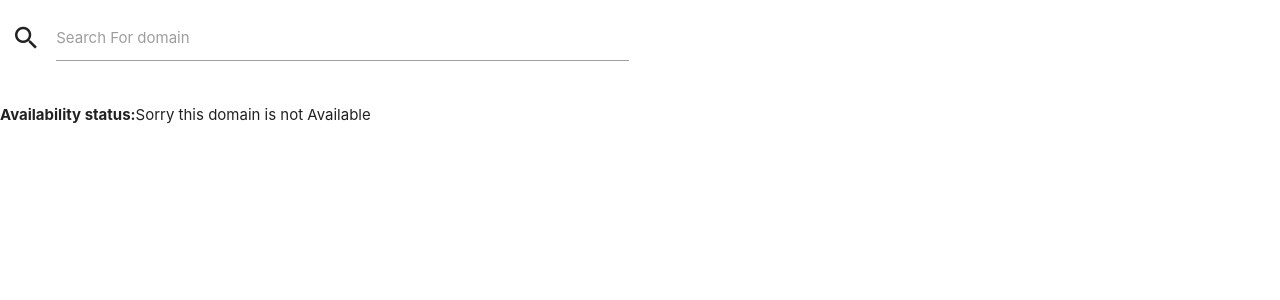
Repository: habib-urrehmaan/domain-name-searcher
Page: / (app in client/)
The author's editor kept a copy of each file at every save. The page is drawn from the files as they stood at one save, then again after the next save.
The browser window is 1280 px wide. The pictures show the whole page.
The project was rebuilt for these pictures with package versions that can differ from the ones it lists, and the page was loaded fresh each time.

Above is the page before, as saved 2020-04-17 16:55:06.

After the next save:
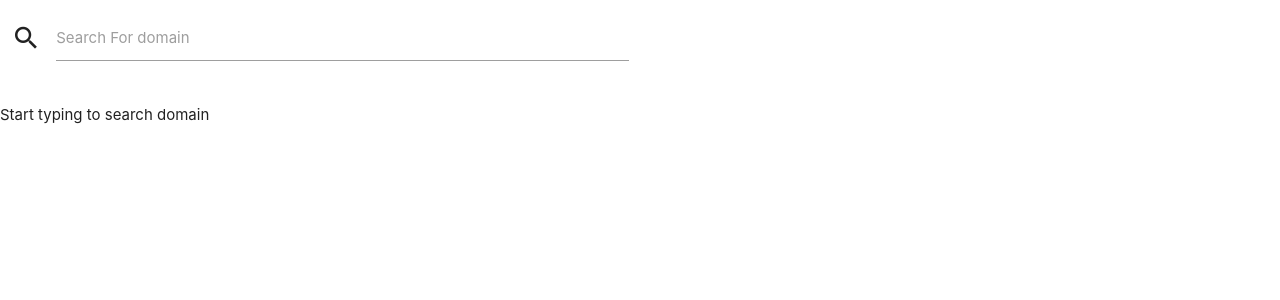
Saved 25 s later.
--- a/client/src/App.js
+++ b/client/src/App.js
@@ -5,7 +5,7 @@ import Output from './Output';
 class App extends React.Component {
 
   state = {
-    output:{}
+    output:''
   }
 
   setOutput(outputData){
